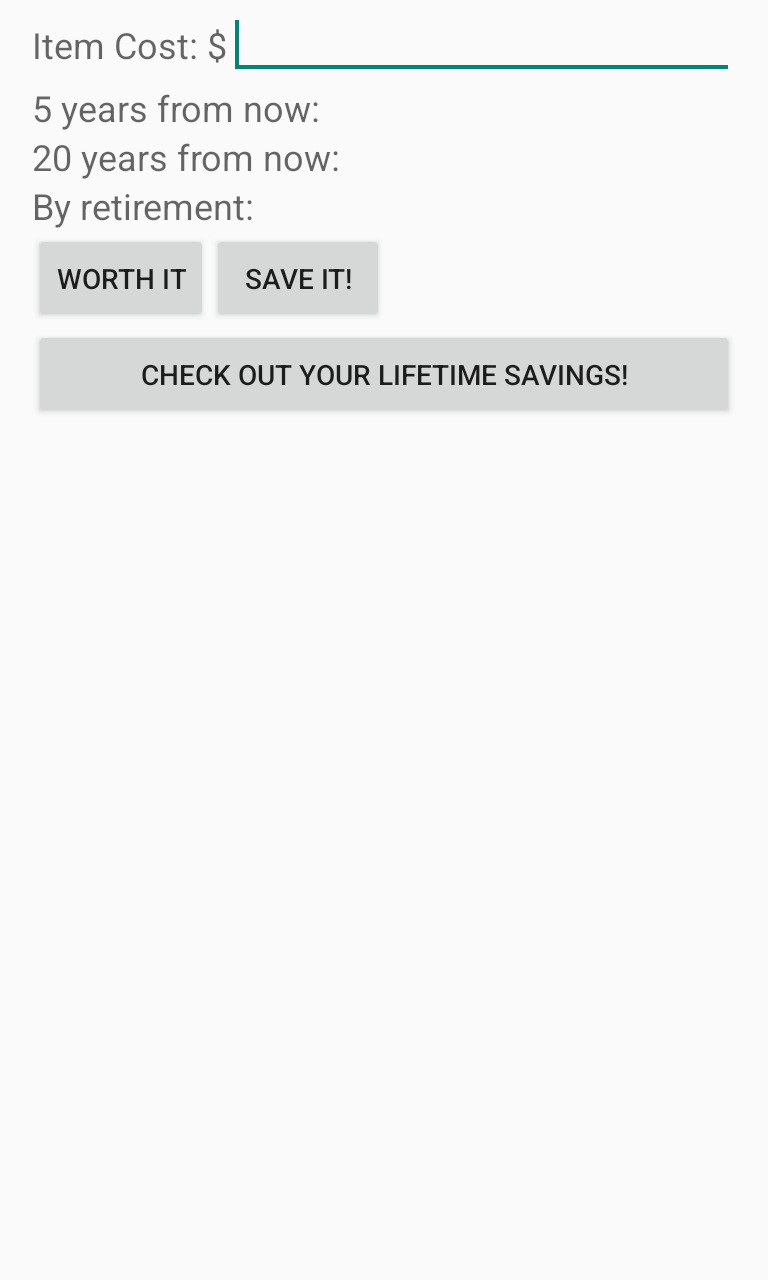
Repository: aallev11/saveit
Layout: ShouldISaveIt/res/layout/activity_main.xml
These files come from the project's save history. The layout is drawn as it stood at one moment and after the next save; the edit follows.
It is drawn on a 768 x 1280 px phone screen (xhdpi) without system bars, with theme AppTheme; the app's code is not run.

Above is the layout before, as saved 2014-03-30 14:39:43.

After the next save:
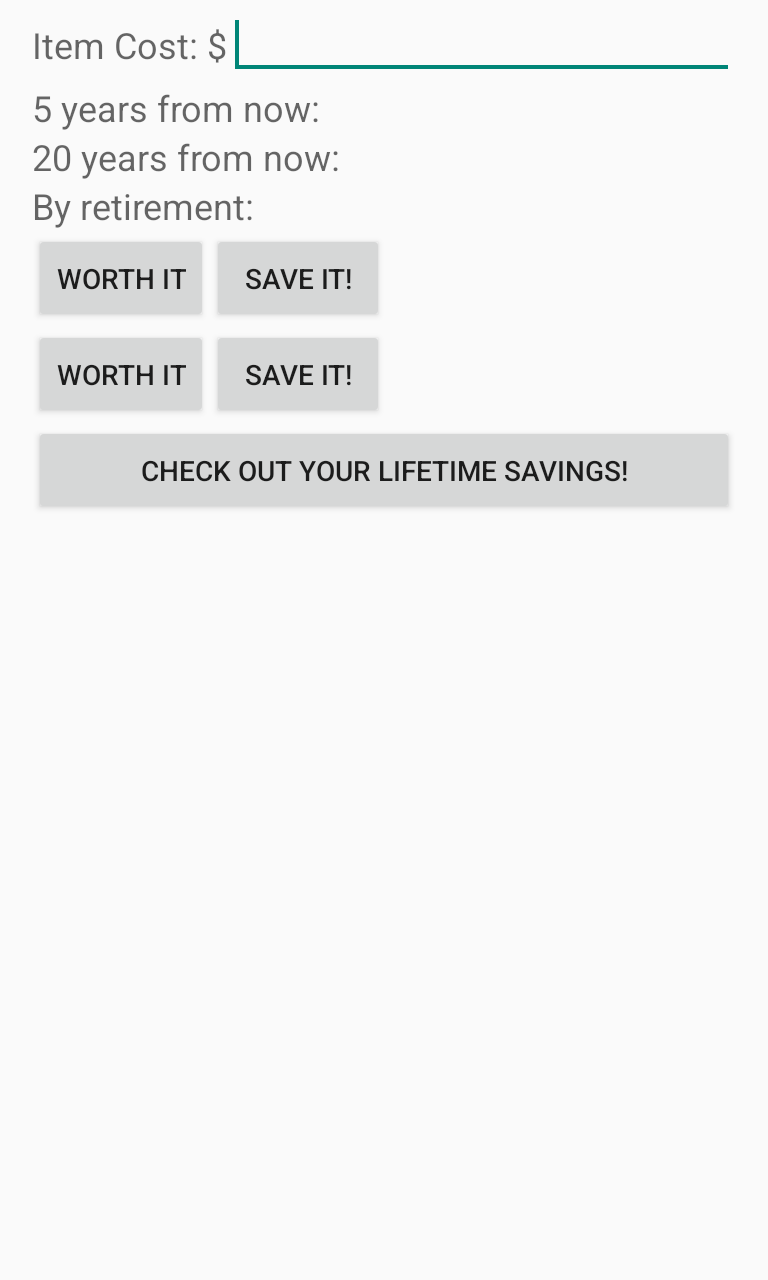
Saved 29 min 32 s later.
--- a/ShouldISaveIt/res/layout/activity_main.xml
+++ b/ShouldISaveIt/res/layout/activity_main.xml
@@ -123,6 +123,26 @@
             android:orientation="horizontal" >
 
             <Button
+                android:id="@+id/putIntoRetirement"
+                android:layout_width="wrap_content"
+                android:layout_height="wrap_content"
+                android:onClick="worthIt"
+                android:text="Worth It" />
+
+            <Button
+                android:id="@+id/putIntoStudentDebt"
+                android:layout_width="wrap_content"
+                android:layout_height="wrap_content"
+                android:onClick="saveIt"
+                android:text="Save It!" />
+        </LinearLayout>
+
+        <LinearLayout
+            android:layout_width="fill_parent"
+            android:layout_height="wrap_content"
+            android:orientation="horizontal" >
+
+            <Button
                 android:id="@+id/lifetimeSavings"
                 android:layout_width="fill_parent"
                 android:layout_height="wrap_content"
